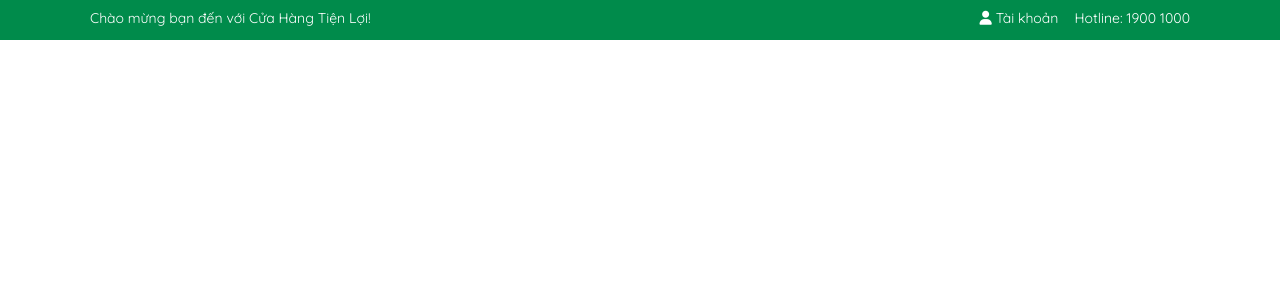
Repository: PAnhDuc/food.demo
Page: index.html
These files come from the project's save history. The page is drawn as it stood at one moment and after a run of saves; the edit follows.
The browser window is 1280 px wide. The pictures show the whole page.
Some web libraries are served in a nearby version.

Above is the page before, as saved 2024-11-13 19:49:50.

### index.html
<!DOCTYPE html>
<html lang="en">

<head>
    <meta charset="UTF-8">
    <meta name="viewport" content="width=device-width, initial-scale=1.0">
    <title>Food Demo</title>
    <link rel="stylesheet" href="./assets/style.css">
    <link href="https://cdn.jsdelivr.net/npm/bootstrap@5.3.3/dist/css/bootstrap.min.css" rel="stylesheet"
        integrity="sha384-QWTKZyjpPEjISv5WaRU9OFeRpok6YctnYmDr5pNlyT2bRjXh0JMhjY6hW+ALEwIH" crossorigin="anonymous">
    <link rel="stylesheet" href="https://cdnjs.cloudflare.com/ajax/libs/font-awesome/6.6.0/css/all.min.css"
        integrity="sha512-Kc323vGBEqzTmouAECnVceyQqyqdsSiqLQISBL29aUW4U/M7pSPA/gEUZQqv1cwx4OnYxTxve5UMg5GT6L4JJg=="
        crossorigin="anonymous" referrerpolicy="no-referrer" />
</head>

<body>
    <div class="top-bar">
        <div class="container">
            <div class="d-flex mb-3">
                <div class="me-auto p-2">
                    <p class="top_bar-left">Chào mừng bạn đến với Cửa Hàng Tiện Lợi!</p>
                </div>
                <div class="p-2">
                    <p class="top_bar-right">
                        <i class="fa-solid fa-user"></i>
                        <span>Tài khoản</span>
                    </p>
                </div>
                <div class="p-2">
                    <p class="top_bar-right--hotline">Hotline: <span>1900 1000</span></p>
                </div>
            </div>
        </div>
    </div>
    <div class="container">
        <div class="header">
            <div class="menu-top">

            </div>
            <div class="menu-bottom">

            </div>
        </div>
    </div>
    <script src="./assets/main.js"></script>
    <script src="https://cdn.jsdelivr.net/npm/bootstrap@5.3.3/dist/js/bootstrap.bundle.min.js"
        integrity="sha384-YvpcrYf0tY3lHB60NNkmXc5s9fDVZLESaAA55NDzOxhy9GkcIdslK1eN7N6jIeHz"
        crossorigin="anonymous"></script>
</body>

</html>

### assets/style.css
@import url('https://fonts.googleapis.com/css2?family=Quicksand:wght@300..700&display=swap');

* {
    margin: 0;
    padding: 0;
    box-sizing: border-box;
}

body {
    font-family: "Quicksand", sans-serif!important;
}

:root {
    --green: #008b4b;
    --yellow: #f8c144;
    --white: #fff;
}

.top-bar {
    color: var(--white);
    background: var(--green);
    font-size: 14px;
    height: 40px;
}
.top-bar .top_bar-right--hotline {

}

Loaded but not shown: assets/main.js (no copy from this time; the picture is the same without it)

After the next 2 saves:
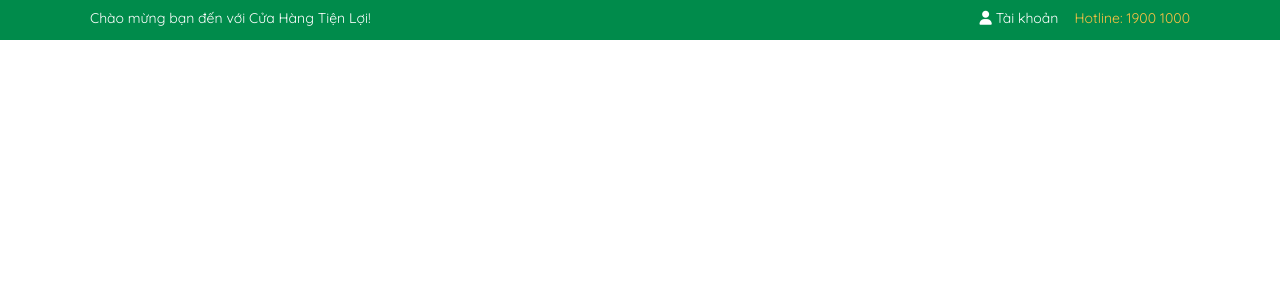
The 2 saves are shown as one change because they came seconds apart.
The last was saved 8 s later.
--- a/assets/style.css
+++ b/assets/style.css
@@ -23,5 +23,5 @@
     height: 40px;
 }
 .top-bar .top_bar-right--hotline {
-
+    color: var(--yellow);
 }
